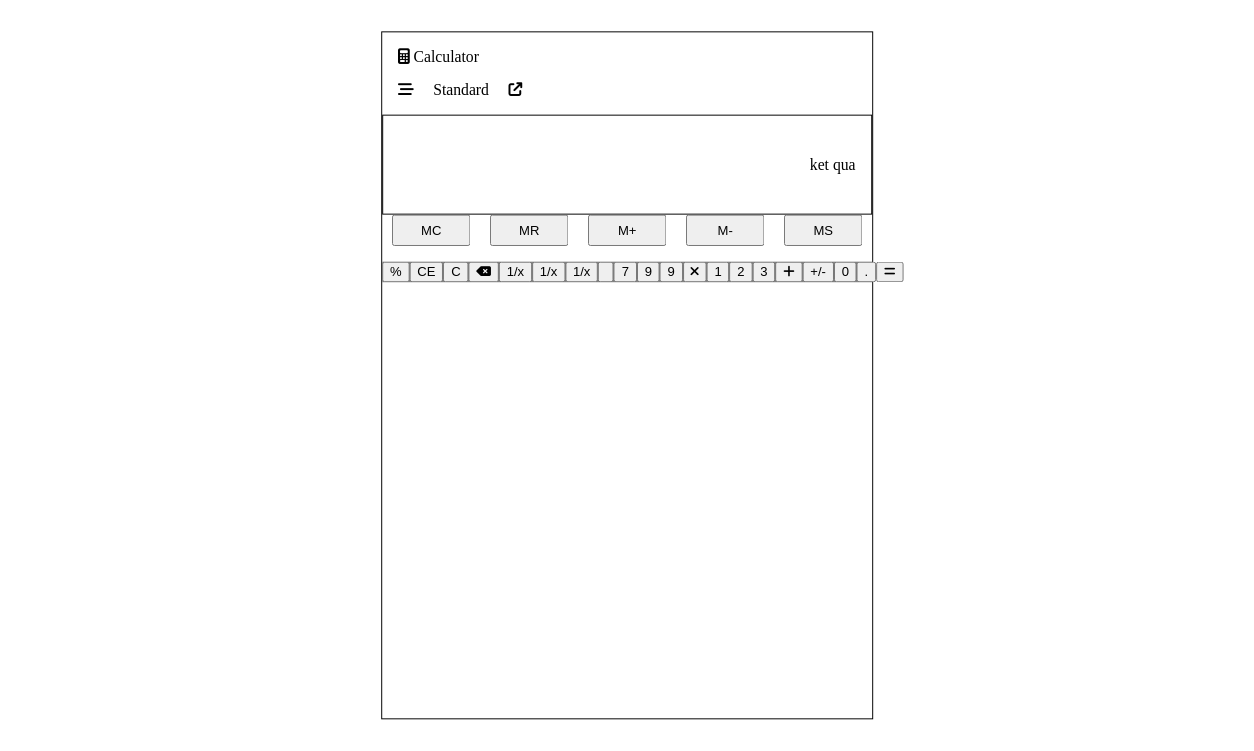
Repository: tungts3qb/Javascript
Page: Calculator/Calculator.html
An editor plug-in stored every save of this project. The page is shown before and after the next save, followed by the edit.
The browser window is 1280 px wide. The pictures show the whole page, at 98% of full size.

Above is the page before, as saved 2022-12-26 16:25:52.

### Calculator/Calculator.html
<!DOCTYPE html>
<html lang="en">
  <head>
    <meta charset="UTF-8" />
    <meta http-equiv="X-UA-Compatible" content="IE=edge" />
    <meta name="viewport" content="width=device-width, initial-scale=1.0" />
    <link rel="stylesheet" href="./style.css" />
    <link
      rel="stylesheet"
      href="https://cdnjs.cloudflare.com/ajax/libs/font-awesome/6.2.1/css/all.min.css"
      integrity="sha512-MV7K8+y+gLIBoVD59lQIYicR65iaqukzvf/nwasF0nqhPay5w/9lJmVM2hMDcnK1OnMGCdVK+iQrJ7lzPJQd1w=="
      crossorigin="anonymous"
      referrerpolicy="no-referrer"
    />
    <title>Calculator</title>
  </head>
  <body>
    <div class="calculator">
      <div class="calculator-header">
        <i class="fa-solid fa-calculator"></i>
        <span>Calculator</span>
      </div>
      <div class="calculator-nav">
        <i class="fa-solid fa-bars-staggered"></i>
        <span>Standard</span>
        <i class="fa-solid fa-arrow-up-right-from-square"></i>
      </div>
      <div class="caculator-result"><span>ket qua</span></div>
      <div class="calculator-special-function">
        <ul>
          <li><button class="btn-special-fun">MC</button></li>
          <li><button class="btn-special-fun">MR</button></li>
          <li><button class="btn-special-fun">M+</button></li>
          <li><button class="btn-special-fun">M-</button></li>
          <li><button class="btn-special-fun">MS</button></li>
        </ul>
      </div>
      <div class="calculator-buttons">
        <button class="calculator-button">%</button>
        <button class="calculator-button">CE</button>
        <button class="calculator-button">C</button>
        <button class="calculator-button">
          <i class="fa-solid fa-delete-left"></i>
        </button>
        <button class="calculator-button">1/x</button>
        <button class="calculator-button">1/x</button>
        <button class="calculator-button">1/x</button>
        <button class="calculator-button">
          <i class="fas fa-buttonide"></i>
        </button>
        <button class="calculator-button">7</button>
        <button class="calculator-button">9</button>
        <button class="calculator-button">9</button>
        <button class="calculator-button"><i class="fas fa-times"></i></button>
        <button class="calculator-button">1</button>
        <button class="calculator-button">2</button>
        <button class="calculator-button">3</button>
        <button class="calculator-button"><i class="fas fa-plus"></i></button>
        <button class="calculator-button">+/-</button>
        <button class="calculator-button">0</button>
        <button class="calculator-button">.</button>
        <button class="calculator-button"><i class="fas fa-equals"></i></button>
      </div>
    </div>
    <script src="./script.js"></script>
  </body>
</html>

### Calculator/style.css
.calculator {
  width: 500px;
  height: 700px;
  border: 1px solid black;
  margin: 2rem auto;
}

.calculator-header {
  margin-top: 1rem;
  padding-left: 1rem;
}

.calculator-nav {
  padding-left: 1rem;
  margin-top: 1rem;
}

.calculator-nav span {
  margin-left: 1rem;
  margin-right: 1rem;
}

.caculator-result {
  border: 1px solid black;
  margin-top: 1rem;
  height: 100px;
  display: flex;
  justify-content: flex-end;
  align-items: center;
}

.caculator-result span {
  display: block;
  margin-right: 1rem;
}

.calculator-special-function ul {
  width: 100%;
  padding-left: 0;
  list-style: none;
  display: flex;
  margin-top: 0;
  /* justify-content: space-between; */
  justify-content: space-around;
  align-items: center;
}

.btn-special-fun {
  width: 5rem;
  height: 2rem;
}

.calculator-buttons {
  display: flex;
  background-color: gray;
}

.calculator-button {
  width: calc((100% / 4));
}

Loaded but not shown: Calculator/script.js (no stored copy; drawn as an empty file)

After the next save:
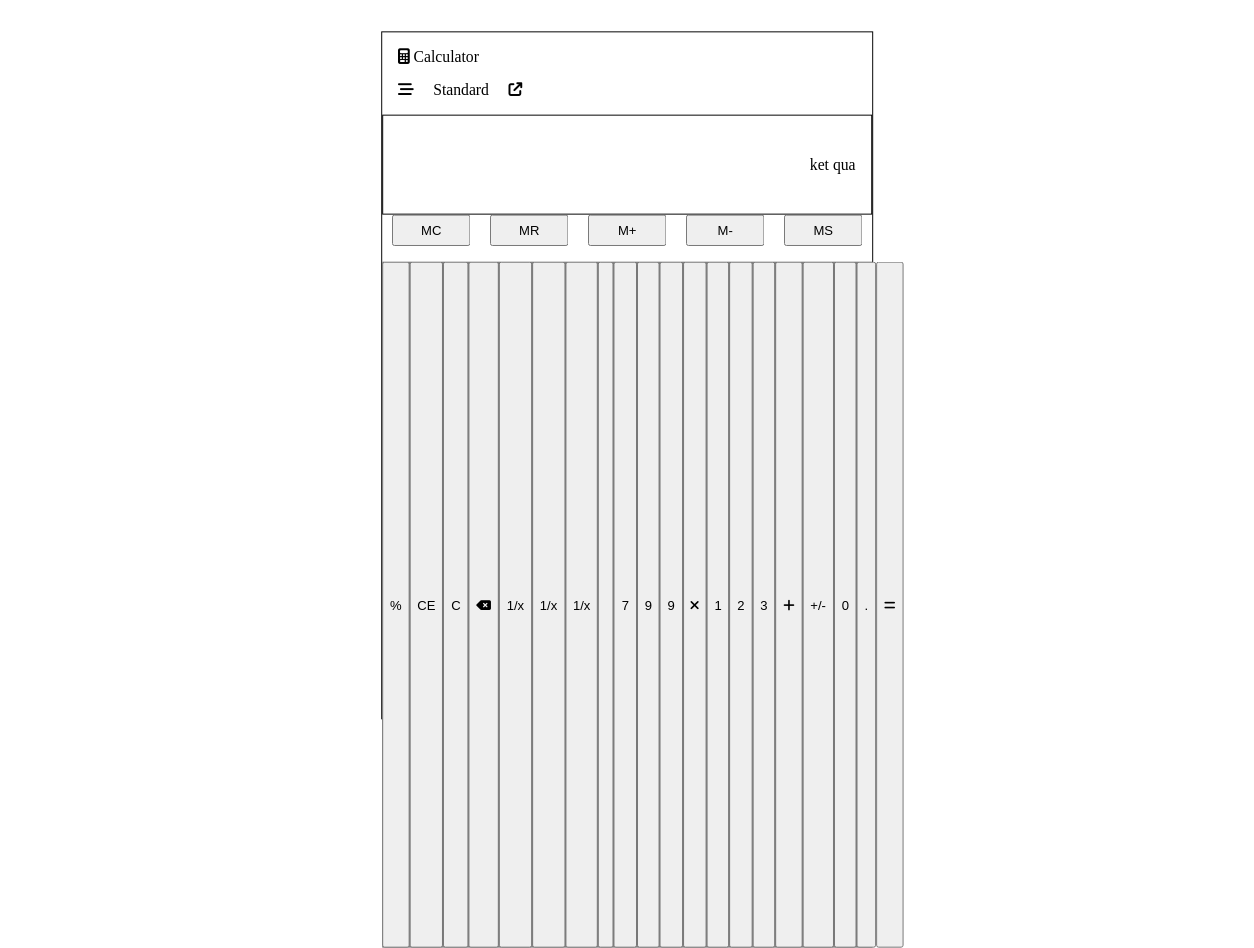
Saved 19 s later.
--- a/Calculator/style.css
+++ b/Calculator/style.css
@@ -56,5 +56,6 @@
 }
 
 .calculator-button {
-  width: calc((100% / 4));
+  width: 500px;
+  height: 700px;
 }

After the save that followed:
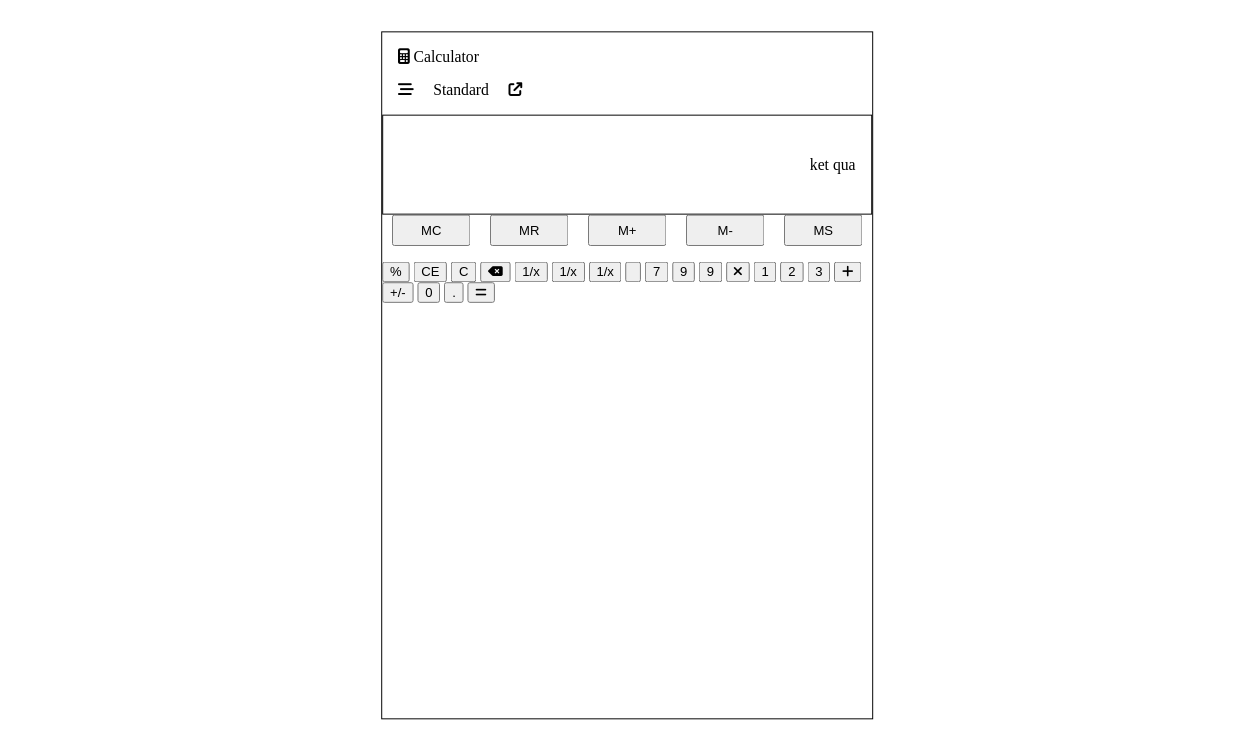
Saved 15 s later.
--- a/Calculator/style.css
+++ b/Calculator/style.css
@@ -49,13 +49,3 @@
   width: 5rem;
   height: 2rem;
 }
-
-.calculator-buttons {
-  display: flex;
-  background-color: gray;
-}
-
-.calculator-button {
-  width: 500px;
-  height: 700px;
-}
